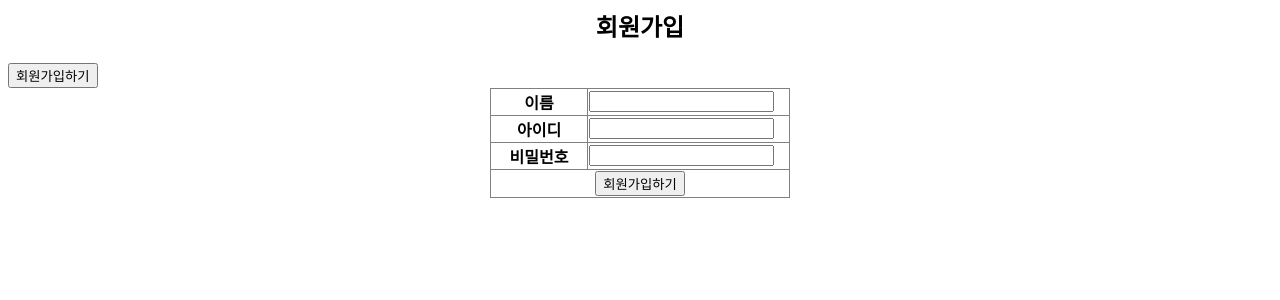
Repository: DynamicRD/jsp_Study
Page: http://localhost/jspStudy/login/new_member.jsp
The author's editor kept a copy of each file at every save. The page is drawn from the files as they stood at one save, then again after the next save.
The browser window is 1280 px wide. The pictures show the whole page.
The page is served by Tomcat 9.

Above is the page before, as saved 2024-12-09 02:49:48.

After the next save:
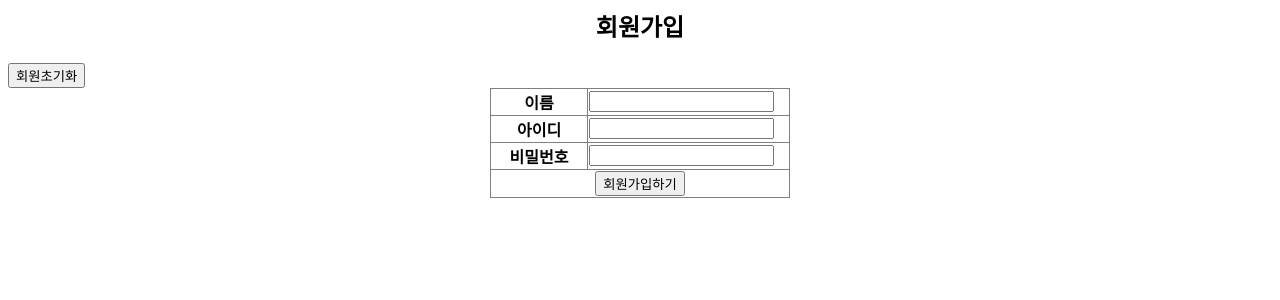
Saved 15 s later.
--- a/jspStudy/src/main/webapp/login/new_member.jsp
+++ b/jspStudy/src/main/webapp/login/new_member.jsp
@@ -32,7 +32,7 @@
 			<tr>
 				<td colspan="2" align="center">
 				<input type="submit"value="회원가입하기"></td>
-				<input type="reset"value="회원가입하기"></td>
+				<input type="reset"value="회원초기화"></td>
 			</tr>
 		</table>
 	</form>
